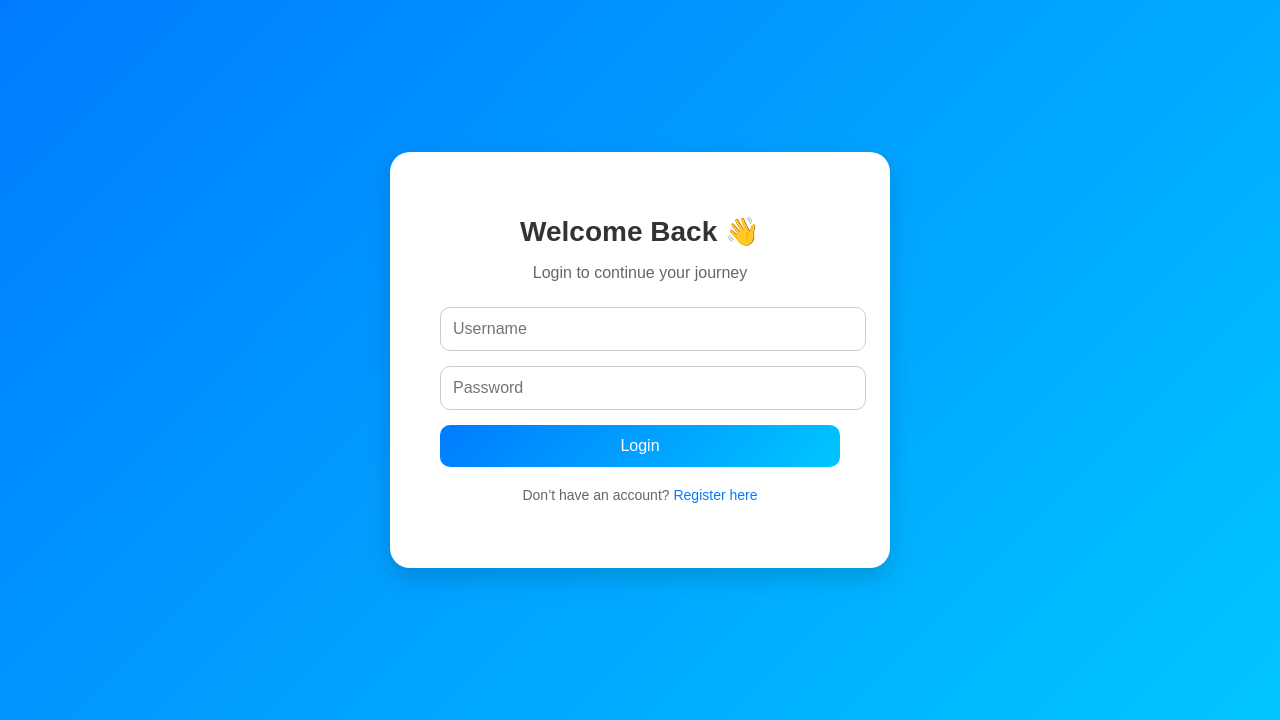
Repository: sofia123776/jobboard
Page: accounts/templates/accounts/login.html
An editor plug-in stored every save of this project. The page is shown before and after the next save, followed by the edit.
The browser window is 1280 px wide. The pictures show the whole page.
The template is drawn by Django 5.2. The application's start-up code is not run. Other server files are loaded and not shown. The template is opened directly, without the code that normally fills it, so the values that code supplies are empty.

Above is the page before, as saved 2025-10-09 18:57:30.

### accounts/templates/accounts/login.html
{% load static %}
<!DOCTYPE html>
<html lang="en">
<head>
    <meta charset="UTF-8">
    <meta name="viewport" content="width=device-width, initial-scale=1.0">
    <title>Login | JDP Jobs</title>
    <link rel="stylesheet" href="{% static 'css/auth.css' %}">
</head>
<body>

<div class="auth-container">
    <div class="auth-card">
        <h2>Welcome Back 👋</h2>
        <p>Login to continue your journey</p>

        <form method="POST">
            {% csrf_token %}
            <div class="input-group">
                <input type="text" name="username" placeholder="Username" required>
            </div>
            <div class="input-group">
                <input type="password" name="password" placeholder="Password" required>
            </div>
            <button type="submit" class="btn">Login</button>
        </form>

        <p class="bottom-text">
            Don’t have an account?
            <a href="{% url 'register' %}">Register here</a>
        </p>
    </div>
</div>

</body>
</html>

### accounts/static/css/auth.css
body {
    margin: 0;
    font-family: 'Poppins', sans-serif;
    background: linear-gradient(135deg, #007bff, #00c6ff);
    display: flex;
    justify-content: center;
    align-items: center;
    height: 100vh;
}

.auth-container {
    display: flex;
    justify-content: center;
    align-items: center;
    width: 100%;
}

.auth-card {
    background: #fff;
    padding: 40px 50px;
    border-radius: 20px;
    box-shadow: 0 10px 25px rgba(0, 0, 0, 0.15);
    text-align: center;
    width: 400px;
    animation: fadeIn 1s ease;
}

.auth-card h2 {
    color: #333;
    font-size: 28px;
    margin-bottom: 10px;
}

.auth-card p {
    color: #666;
    margin-bottom: 25px;
}

.input-group {
    margin-bottom: 15px;
}

.input-group input {
    width: 100%;
    padding: 12px;
    border-radius: 10px;
    border: 1px solid #ccc;
    outline: none;
    font-size: 16px;
}

.btn {
    background: linear-gradient(135deg, #007bff, #00c6ff);
    color: white;
    border: none;
    padding: 12px;
    border-radius: 10px;
    cursor: pointer;
    font-size: 16px;
    width: 100%;
    transition: 0.3s;
}

.btn:hover {
    background: linear-gradient(135deg, #0056b3, #0099ff);
}

.bottom-text {
    margin-top: 20px;
    font-size: 14px;
}

.bottom-text a {
    color: #007bff;
    text-decoration: none;
}

.bottom-text a:hover {
    text-decoration: underline;
}

@keyframes fadeIn {
    from { opacity: 0; transform: translateY(-10px); }
    to { opacity: 1; transform: translateY(0); }
}

After the next save:
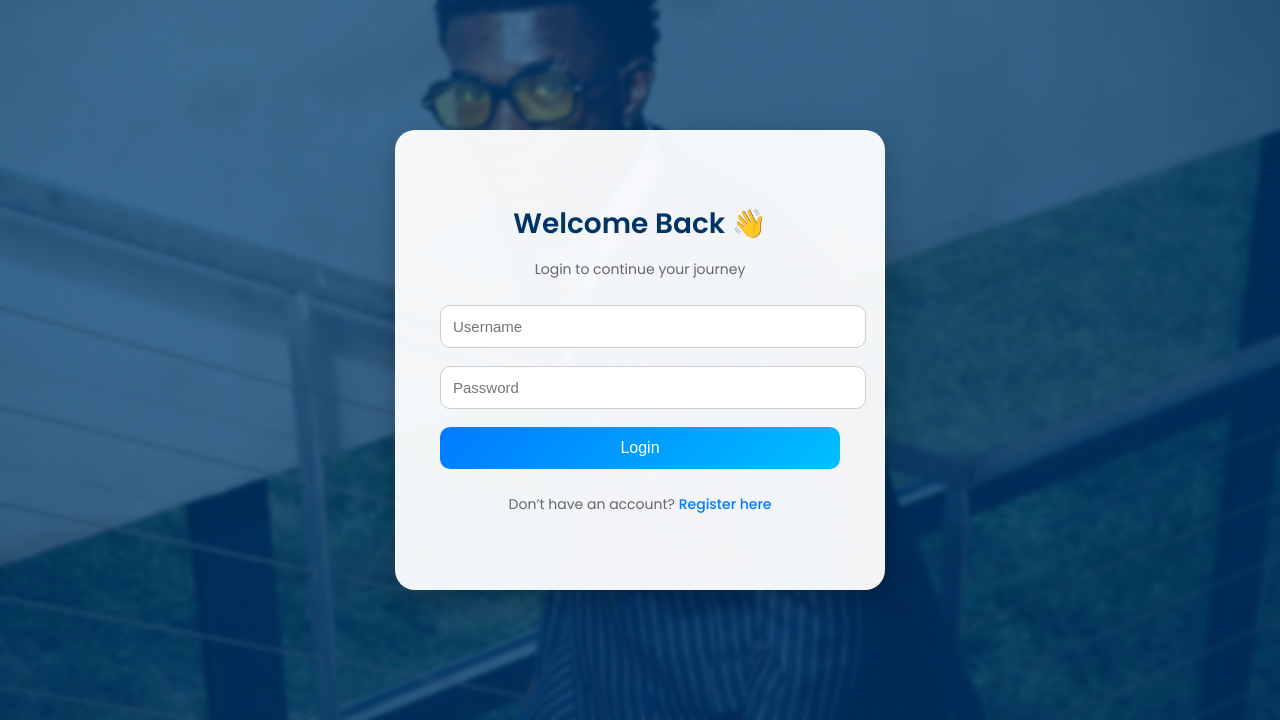
Saved 6 min 11 s later.
--- a/accounts/static/css/auth.css
+++ b/accounts/static/css/auth.css
@@ -1,32 +1,46 @@
+/* ================================
+   AUTH PAGES (LOGIN / REGISTER)
+   Matches JDP Jobs Home Page
+=================================*/
+
+@import url('https://fonts.googleapis.com/css2?family=Poppins:wght@300;400;500;600&display=swap');
+
 body {
     margin: 0;
     font-family: 'Poppins', sans-serif;
-    background: linear-gradient(135deg, #007bff, #00c6ff);
+    height: 100vh;
+    background: url('/static/images/home-bg.jpg') no-repeat center center/cover;
     display: flex;
     justify-content: center;
     align-items: center;
-    height: 100vh;
+    position: relative;
 }
 
-.auth-container {
-    display: flex;
-    justify-content: center;
-    align-items: center;
-    width: 100%;
+/* Blue overlay (same tone as homepage) */
+body::before {
+    content: "";
+    position: absolute;
+    inset: 0;
+    background: rgba(0, 64, 128, 0.65);
+    backdrop-filter: blur(2px);
 }
 
+/* Centered white form card */
 .auth-card {
-    background: #fff;
-    padding: 40px 50px;
+    position: relative;
+    z-index: 2;
+    background: rgba(255, 255, 255, 0.95);
+    padding: 50px 45px;
     border-radius: 20px;
-    box-shadow: 0 10px 25px rgba(0, 0, 0, 0.15);
+    box-shadow: 0 10px 30px rgba(0, 0, 0, 0.25);
     text-align: center;
     width: 400px;
-    animation: fadeIn 1s ease;
+    animation: slideUp 0.9s ease forwards;
 }
 
+/* Heading + description */
 .auth-card h2 {
-    color: #333;
+    color: #003366;
     font-size: 28px;
     margin-bottom: 10px;
 }
@@ -34,10 +48,12 @@ body {
 .auth-card p {
     color: #666;
     margin-bottom: 25px;
+    font-size: 14px;
 }
 
+/* Input fields */
 .input-group {
-    margin-bottom: 15px;
+    margin-bottom: 18px;
 }
 
 .input-group input {
@@ -45,12 +61,19 @@ body {
     padding: 12px;
     border-radius: 10px;
     border: 1px solid #ccc;
+    font-size: 15px;
     outline: none;
-    font-size: 16px;
+    transition: all 0.3s;
 }
 
+.input-group input:focus {
+    border-color: #007bff;
+    box-shadow: 0 0 5px rgba(0, 123, 255, 0.4);
+}
+
+/* Buttons */
 .btn {
-    background: linear-gradient(135deg, #007bff, #00c6ff);
+    background: linear-gradient(135deg, #007bff, #00bfff);
     color: white;
     border: none;
     padding: 12px;
@@ -58,28 +81,39 @@ body {
     cursor: pointer;
     font-size: 16px;
     width: 100%;
+    font-weight: 500;
     transition: 0.3s;
 }
 
 .btn:hover {
     background: linear-gradient(135deg, #0056b3, #0099ff);
+    transform: translateY(-2px);
 }
 
+/* Bottom text links */
 .bottom-text {
-    margin-top: 20px;
+    margin-top: 25px;
     font-size: 14px;
 }
 
 .bottom-text a {
     color: #007bff;
     text-decoration: none;
+    font-weight: 500;
 }
 
 .bottom-text a:hover {
     text-decoration: underline;
 }
 
-@keyframes fadeIn {
-    from { opacity: 0; transform: translateY(-10px); }
-    to { opacity: 1; transform: translateY(0); }
+/* Animations */
+@keyframes slideUp {
+    from {
+        opacity: 0;
+        transform: translateY(30px);
+    }
+    to {
+        opacity: 1;
+        transform: translateY(0);
+    }
 }
